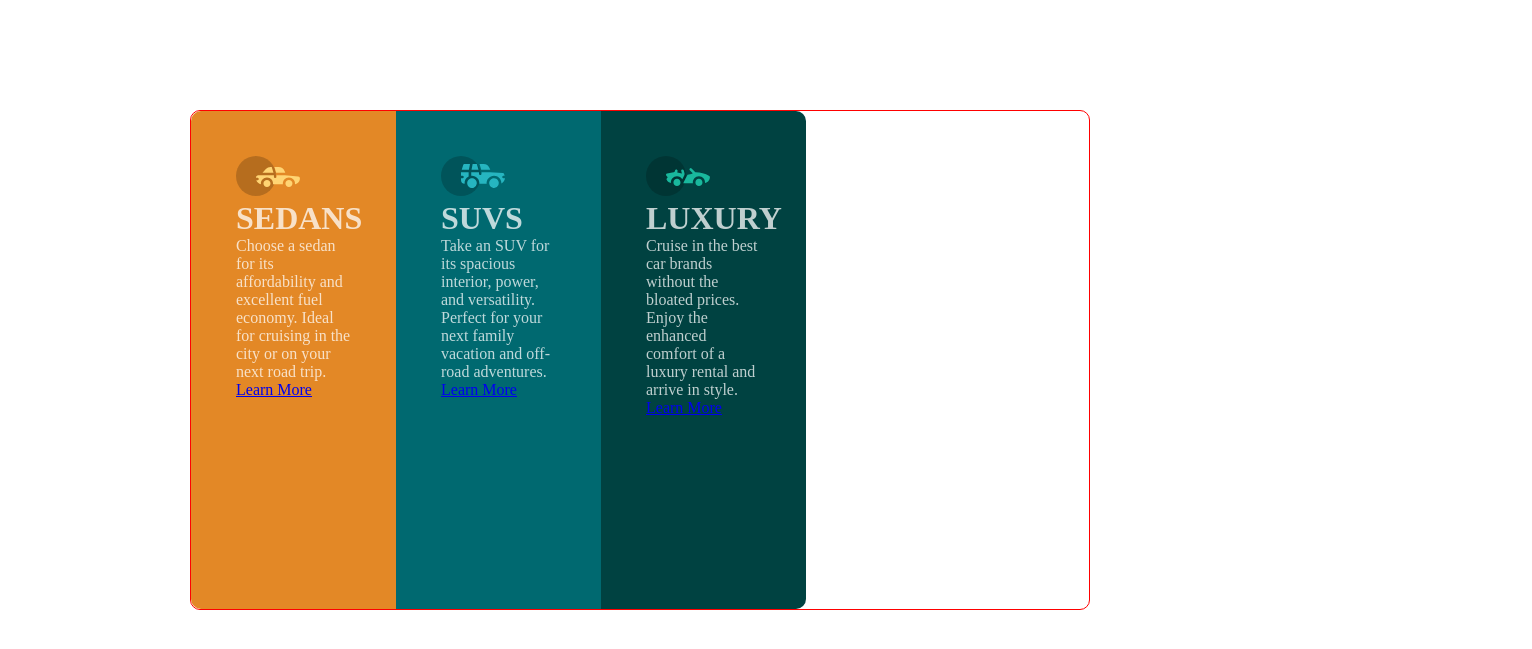
Repository: KamoliddinGIT/column-preview-card
Page: index.html
These files come from the project's save history. The page is drawn as it stood at one moment and after the next save; the edit follows.
The browser window is 1280 px wide. The page is 1280 px wide, then 1532 px, so the pictures cover 1532 px, including what lies to the right of the window. The pictures show the whole page.

Above is the page before, as saved 2023-09-15 16:31:43.

### index.html
<!DOCTYPE html>
<html lang="en">
  <head>
    <meta charset="UTF-8" />
    <meta name="viewport" content="width=device-width, initial-scale=1.0" />
    <link
      rel="icon"
      type="image/png"
      sizes="32x32"
      href="./images/favicon-32x32.png"
    />
    <link rel="stylesheet" href="./css/style.css" />
    <title>3-column preview card component</title>
  </head>
  <body>
    <div class="container">
      <div class="card card__1">
        <img src="./images/icon-sedans.svg" alt="sedans" />
        <h1>SEDANS</h1>
        <p>
          Choose a sedan for its affordability and excellent fuel economy. Ideal
          for cruising in the city or on your next road trip.
        </p>
        <a href="#">Learn More</a>
      </div>
      <div class="card card__2">
        <img src="./images/icon-suvs.svg" alt="suvs" />
        <h1>SUVS</h1>
        <p>
          Take an SUV for its spacious interior, power, and versatility. Perfect
          for your next family vacation and off-road adventures.
        </p>
        <a href="#">Learn More</a>
      </div>
      <div class="card card__3">
        <img src="./images/icon-luxury.svg" alt="icon-luxury" />
        <h1>LUXURY</h1>
        <p>
          Cruise in the best car brands without the bloated prices. Enjoy the
          enhanced comfort of a luxury rental and arrive in style.
        </p>
        <a href="#">Learn More</a>
      </div>
    </div>
  </body>
</html>

### css/style.css
* {
  margin: 0;
  padding: 0;
  box-sizing: border-box;
}

body {
  display: flex;
  justify-content: center;
  align-items: center;
  width: 100%;
  height: 100vh;
}

.container {
  display: flex;
  flex-direction: row;
  border-radius: 10px;
  width: 900px;
  height: 500px;
  color: hsla(0, 0%, 100%, 0.75);
  border: 1px solid red;
}

.card__1 {
  width: 205px;
  height: 100%;
  background-color: hsl(31, 77%, 52%);
  border-top-left-radius: 10px;
  border-bottom-left-radius: 10px;
  padding: 45px;
}

.card__2 {
  width: 205px;
  height: 100%;
  background-color: hsl(184, 100%, 22%);
  padding: 45px;
}

.card__3 {
  width: 205px;
  height: 100%;
  background-color: hsl(179, 100%, 13%);
  border-top-right-radius: 10px;
  border-bottom-right-radius: 10px;
  padding: 45px;
}

After the next save:
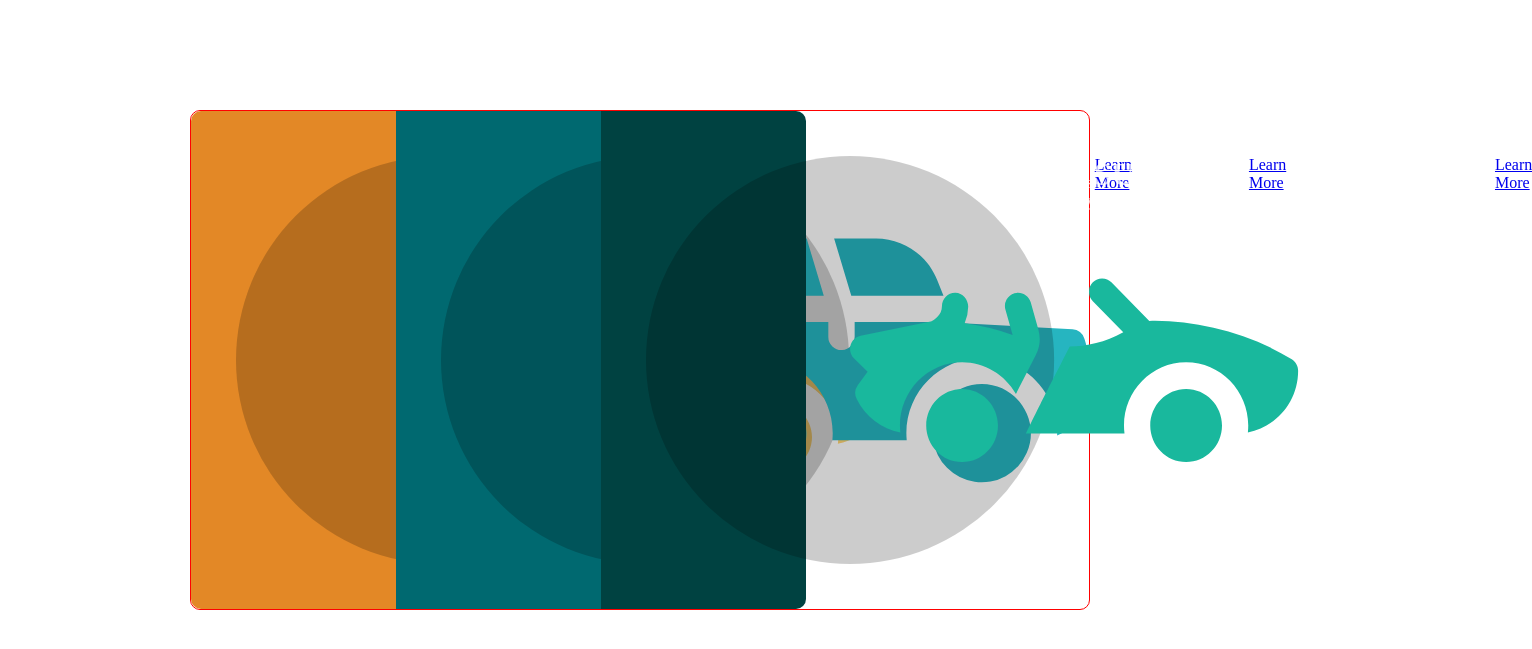
Saved 10 s later.
--- a/css/style.css
+++ b/css/style.css
@@ -46,3 +46,7 @@
   border-bottom-right-radius: 10px;
   padding: 45px;
 }
+
+.card {
+  display: flex;
+}
